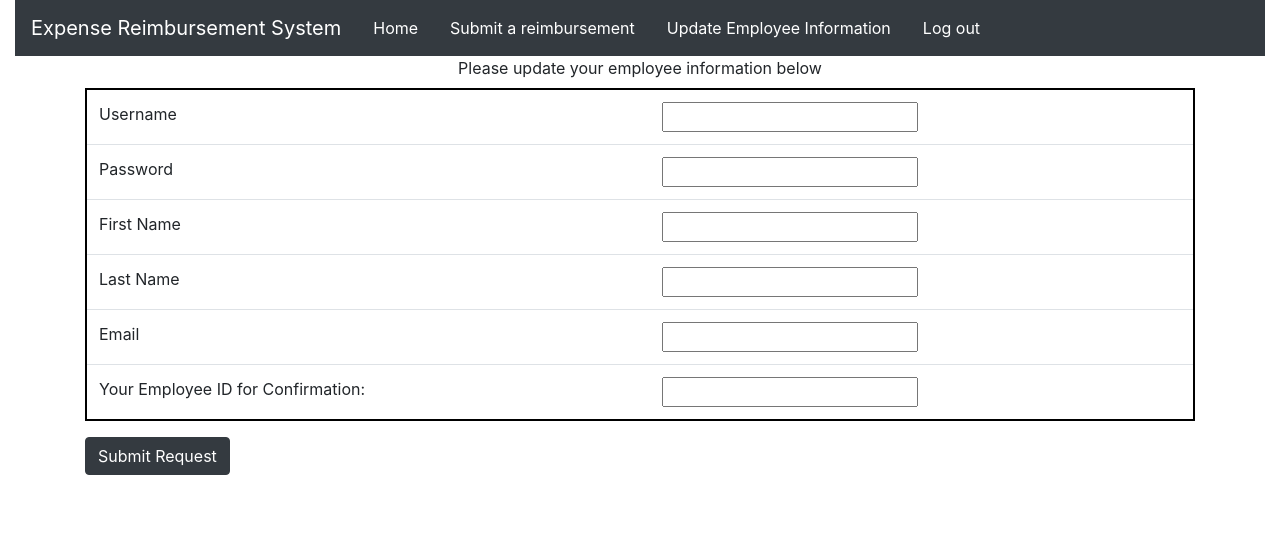
Repository: Trevormulrenin/ers-app
Page: ers-app/src/main/webapp/html/employee_info.html
These files come from the project's save history. The page is drawn as it stood at one moment and after the next save; the edit follows.
The browser window is 1280 px wide. The pictures show the whole page.

Above is the page before, as saved 2021-04-01 19:04:29.

### ers-app/src/main/webapp/html/employee_info.html
<!DOCTYPE html>
<html>
<head>
	<meta charset="UTF-8">
	<meta name="viewport" content="width=device-width, initial-scale=1.0">
	<meta http-equiv="cache-control" content="max-age=0" />
<meta http-equiv="cache-control" content="no-cache" />
<meta http-equiv="expires" content="0" />
<meta http-equiv="expires" content="Tue, 01 Jan 1980 1:00:00 GMT" />
<meta http-equiv="pragma" content="no-cache" />
	<link rel="stylesheet" href="https://stackpath.bootstrapcdn.com/bootstrap/4.5.2/css/bootstrap.min.css" integrity="sha384-JcKb8q3iqJ61gNV9KGb8thSsNjpSL0n8PARn9HuZOnIxN0hoP+VmmDGMN5t9UJ0Z" crossorigin="anonymous">
 	<link rel="stylesheet" type="text/css" href="../css/style.css">

<title>Expense Reimbursement System</title>
</head>

<body>
	<div class="container-fluid">
		<nav class="navbar navbar-expand-lg navbar-dark bg-dark">
			<a class="navbar-brand" href="http://localhost:8080/ers-app/EmployeeHomeServlet"">Expense Reimbursement System</a>
				<a class="nav-item nav-link" href="http://localhost:8080/ers-app/EmployeeHomeServlet"">Home</a>
				<a class="nav-item nav-link" href="reimbursement_home.html">Submit a reimbursement</a>
				<a class="nav-item nav-link" href="employee_info.html">Update Employee Information</a>

			<div class="nav-list-right" id="navbar-menu-right">
				<a class="nav-item nav-link" href="logout.html">Log out</a>
			</div>

		</nav>
	</div>

		<div class="container">
		<header style="text-align:center"> Please update your employee information below</header>
		<p class="h5" NOTE: You do not have to fill in every value. Those will remain the same.</p>

		<form action="http://localhost:8080/ers-app/UpdateEmployeeServlet" method="post">
			<table class="table" id="update-table">
				<tr>
					<td>Username</td>
					<td><input type="text" id="employeeUsername"
						name="employeeUsername" value=""></td>
				</tr>
				<tr>
					<td>Password</td>
					<td><input type="text" step="any" name="employeePassword">
					</td>
				</tr>
				<tr>
					<td>First Name</td>
					<td><input type="text" step="any" name="firstName">
					</td>
				</tr>
				<tr>
					<td>Last Name</td>
					<td><input type="text" step="any" name="lastName">
					</td>
				</tr>
				<tr>
					<td>Email</td>
					<td><input type="text" step="any" name="email">
					</td>
				</tr>
				<tr>
					<td>Your Employee ID for Confirmation:</td>
					<td><input type="number" name="employeeId" required></td>
				</tr>
			</table>
			<div class="log-in-button">
				<button type="submit" class="btn btn-dark">Submit Request</button>
			</div>
		</form>
	</div>

</body>
</html>

### ers-app/src/main/webapp/css/style.css
@charset "UTF-8";



#navbar-menu-right{
	text-decoration: none;
	color: black;
}

#fill-out {
	color: solid black;
	text-align:center;
	font-size: 15px;
}

table {
	border: 2px solid black;
}

.nav-item, .nav-item-active, .nav-list-right {
		color: white;
		border: 1px;
		border-color:white;
	}

h1 {
	text-align: center;
    font-family: Lato;
    color: Black;
    font-size: 40px;
    margin: 50px;
}

p {
	text-align: center;
    font-family: Lato;
	color: Black;
	font-size: 15px;
}

h2 {
	text-align: center;
    font-family: Lato;
    color: Black;
    font-size: 40px;
    margin: 25px;
}

#enter-credentials {
	text-align: center;
    font-family: Lato;
	color: Black;
	font-size: 20px;
}


#pending-reimbursement, #resolved-reimbursement {
	border: 2px solid black;
	color: black;
	text-align:center;
	height: 300px;
	width: 400px;
    top:30%;
    left:10%;
/*     display: flex; */
/* 	justify-content: space-evenly; */
}

#pending-reimbursement {
	float: left;
}

#resolved-reimbursement:hover {
	background-color: gray;
	color:white;
}

#pending-reimbursement:hover {
	background-color: gray;
	color:white;
}


.nav-item, .nav-item-active, .nav-list-right {
/* 		text-decoration: none; */
		color: white;
		border: 1px;
		border-color:white;
	}

th, tr {
	border: 2px;
}

#log-in-button {
	text-align: center;
}

.login {
	border: 2px solid black;
	content: 5px;
	width: auto;
	text-align: center;
	padding: 5px;
	margin: auto;
	box-shadow: white;
}

/* #update-table { */
/* 	width: "100%"; */
/* 	padding: 2px; */
/* 	margin-top: 5px; */
/* 	margin-bottom: 0px; */
/* 	margin-left: auto; */
/* 	margin-right: auto; */
/* 	border: 1px solid black; */
/* 	border-collapse: separate; */
/* 	border-spacing: 2px; */
/* } */

/* #view-employees { */
/* 	width: "100%"; */
/* 	padding: 2px; */
/* 	margin-top: 5px; */
/* 	margin-bottom: 0px; */
/* 	margin-left: auto; */
/* 	margin-right: auto; */
/* 	border: 1px solid black; */
/* 	border-collapse: separate; */
/* 	border-spacing: 2px; */
/* } */

/* #reimbursement-table { */
/* 	width: "100%"; */
/* 	padding: 2px; */
/* 	margin-top: 5px; */
/* 	margin-bottom: 0px; */
/* 	margin-left: auto; */
/* 	margin-right: auto; */
/* 	border: 1px solid black; */
/* 	border-collapse: separate; */
/* 	border-spacing: 2px; */
/* } */

After the next save:
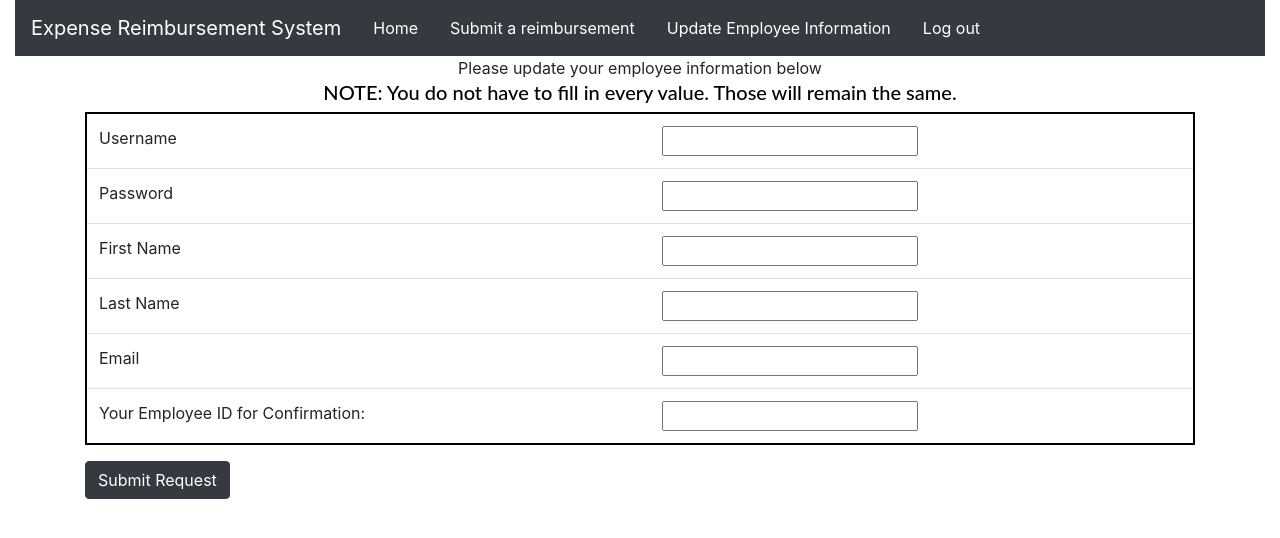
Saved 4 s later.
--- a/ers-app/src/main/webapp/html/employee_info.html
+++ b/ers-app/src/main/webapp/html/employee_info.html
@@ -31,7 +31,7 @@
 
 		<div class="container">
 		<header style="text-align:center"> Please update your employee information below</header>
-		<p class="h5" NOTE: You do not have to fill in every value. Those will remain the same.</p>
+		<p class="h5"> NOTE: You do not have to fill in every value. Those will remain the same.</p>
 
 		<form action="http://localhost:8080/ers-app/UpdateEmployeeServlet" method="post">
 			<table class="table" id="update-table">
